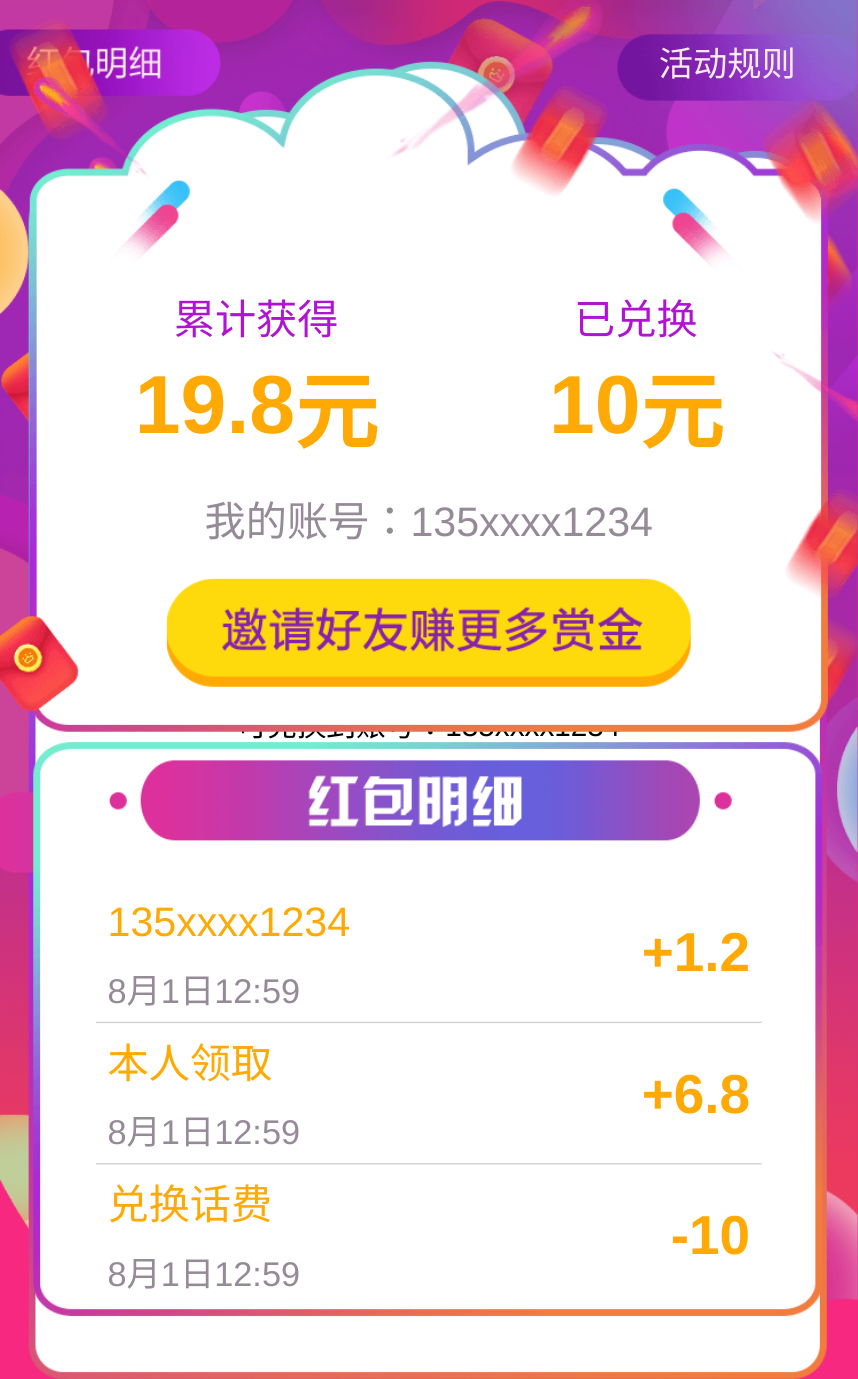
Repository: wangbiaozy/hb
Page: index_mx.html
These files come from the project's save history. The page is drawn as it stood at one moment and after the next save; the edit follows.
The browser window is 1280 px wide. The pictures show the whole page, at 67% of full size.

Above is the page before, as saved 2018-08-16 09:44:25.

### index_mx.html
<!DOCTYPE html>
<html lang="en">
<head>
    <meta charset="UTF-8">
    <meta name="viewport" content="width=device-width, initial-scale=1.0, maximum-scale=1.0, minimum-scale=1.0, user-scalable=no, viewport-fit=cover">
    <meta http-equiv="X-UA-Compatible" content="ie=edge">
    <title>Document</title>
    <link rel="stylesheet" href="css/reset.min.css">
    <link rel="stylesheet/less" href="css/styles.less">
    <script src="js/less-1.7.0.min.js"></script>
</head>
<body>
    <section class="main">
        <a id="rule_btn" href="javascript:void(0)">活动规则</a>
        <!-- 红包余额页 -->
        <div class="balance">
            <a href="javascript:void(0)"></a>
            <h2><span>6.8</span>元</h2>
            <p>满10元可兑</p>
            <p>可兑换到账号：<span>135xxxx1234</span></p>
            <div>
                <a href="javascript:void(0)">兑换</a>
                <span>1</span>
            </div>
            <div>
                <p>我的邀请码：<span>A10287</span></p>
                <a href="javascript:void(0)">复制邀请码</a>
            </div>
            <a href="javascript:void(0)"></a>
        </div>
        <!-- 红包明细页 -->
        <div class="detail">
            <div>
                <ul>
                    <li>累计获得</li>
                    <li><span>19.8</span>元</li>
                </ul>
                <ul>
                    <li>已兑换</li>
                    <li><span>10</span>元</li>
                </ul>
            </div>
            <p>我的账号：<span>135xxxx1234</span></p>
            <a href="javascript:void(0)"></a>
            <ul>
                <li>
                    <p>135xxxx1234</p>
                    <p><span>8月1日</span><span>12:59</span></p>
                    <h3>+1.2</h3>
                </li>
                <li>
                    <p>本人领取</p>
                    <p><span>8月1日</span><span>12:59</span></p>
                    <h3>+6.8</h3>
                </li>
                <li>
                    <p>兑换话费</p>
                    <p><span>8月1日</span><span>12:59</span></p>
                    <h3>-10</h3>
                </li>
            </ul>
        </div>


    </section>

    <!-- 活动规则弹窗 -->
    <section class="rule">
        <a href="javascript:void(0)"></a>
        <ul>
            <li>1.活动期间，用户通过10086App开屏页，首页轮播图进入活动，领取10元的话费红包。自己可拆开随机金，剩余金额需分享并邀请好友帮忙拆开，每位可帮忙拆开随机金额，全部拆完即可兑换话费。</li>
            <li>2.邀请拆  红包的好友需为新注册10086App的用户，好友在活动页面输入邀请人的邀请码才能成功帮好友拆开红包，好友帮助拆开红包后同时可获得一个话费红包。</li>
            <li>3.用户需在当前红包全部拆完后，才可开启下一个红包。</li>
            <li>4.活动期间一经发现违规等恶意操作等作弊行为将取消获奖资格。</li>
            <li>5.活动期间，用户需持续下载并的登陆110086App，否则话费奖品无法发放。</li>
        </ul>
        <a href="javascript:void(0)"></a>
    </section>
    <!-- 遮罩层 -->
    <section class="mask" id="mask"></section>
</body>
</html>
<script src="js/jquery-1.10.1.min.js"></script>
<script src="js/index.js"></script>

### css/reset.min.css
@charset "utf-8";
/*默认样式清除和初始化*/
body,h1,h2,h3,h4,h5,h6,hr,p,blockquote,dl,dt,dd,ul,ol,li,button,input,textarea,th,td{margin:0;padding:0}body{font-size:12px;font-style:normal;font-family:"\5FAE\8F6F\96C5\9ED1",Helvetica,sans-serif}small{font-size:12px}h1{font-size:18px}h2{font-size:16px}h3{font-size:14px}h4,h5,h6{font-size:100%}ul,ol{list-style:none}a{text-decoration:none;background-color:transparent}a:hover,a:active{outline-width:0;text-decoration:none}table{border-collapse:collapse;border-spacing:0}hr{border:0;height:1px}img{border-style:none}img:not([src]){display:none}svg:not(:root){overflow:hidden}html{-webkit-touch-callout:none;-webkit-text-size-adjust:100%}input,textarea,button,a{-webkit-tap-highlight-color:rgba(0,0,0,0)}article,aside,details,figcaption,figure,footer,header,main,menu,nav,section,summary{display:block}audio,canvas,progress,video{display:inline-block}audio:not([controls]),video:not([controls]){display:none;height:0}progress{vertical-align:baseline}mark{background-color:#ff0;color:#000}sub,sup{position:relative;font-size:75%;line-height:0;vertical-align:baseline}sub{bottom:-0.25em}sup{top:-0.5em}button,input,select,textarea{font-size:100%;outline:0}button,input{overflow:visible}button,select{text-transform:none}textarea{overflow:auto}button,html [type="button"],[type="reset"],[type="submit"]{-webkit-appearance:button}button::-moz-focus-inner,[type="button"]::-moz-focus-inner,[type="reset"]::-moz-focus-inner,[type="submit"]::-moz-focus-inner{border-style:none;padding:0}button:-moz-focusring,[type="button"]:-moz-focusring,[type="reset"]:-moz-focusring,[type="submit"]:-moz-focusring{outline:1px dotted ButtonText}[type="checkbox"],[type="radio"]{box-sizing:border-box;padding:0}[type="number"]::-webkit-inner-spin-button,[type="number"]::-webkit-outer-spin-button{height:auto}[type="search"]{-webkit-appearance:textfield;outline-offset:-2px}[type="search"]::-webkit-search-cancel-button,[type="search"]::-webkit-search-decoration{-webkit-appearance:none}::-webkit-input-placeholder{color:inherit;opacity:.54}::-webkit-file-upload-button{-webkit-appearance:button;font:inherit}.clear:after{display:block;height:0;content:"";clear:both}
*{ -webkit-tap-highlight-color: rgba(0,0,0,0);-webkit-tap-highlight-color: transparent; /* For some Androids */ }

### js/index.js
(function (doc, win) {
    var docEl = doc.documentElement,
        resizeEvt = 'orientationchange' in window ? 'orientationchange' : 'resize',
        recalc = function () {
            var clientWidth = docEl.clientWidth;
            if (!clientWidth) return;
            docEl.style.fontSize = 100 * (clientWidth / 750) + 'px';
        };
    if (!doc.addEventListener) return;
    win.addEventListener(resizeEvt, recalc, false);
    doc.addEventListener('DOMContentLoaded', recalc, false);
})(document, window);
$(function () {

    //显示非中奖页背景
    function showFirstPageBg(){
        $('.main').removeClass('result');
    }
    //显示中奖页背景
    function showResultPageBg(){
        $('.main').addClass('result');
    }
    //显示活动规则弹窗
    $('#rule_btn').on('click',function(){
        $('.rule').show();
        showMask();
    });
    //关闭活动规则弹窗
    function hideRuleModel(){
        $('.rule').hide();
        hideMask();
    }
    $('.rule').on('click','a',function(){
        hideRuleModel();
    })

    //首页抽红包按钮
    $('#cj').on('click',function(){
        //奖品金额随机数
        var num = (Math.random()*9+1).toFixed(2);
        $('#moneyText').text(num);
        $('.result').show();
        $('.f_page').hide();
        showResultPageBg();
    });

    //显示红包余额页
    function showBalancePage(){
        $('.balance').show();
        $('.balance').siblings('div').hide();
    }
    //showBalancePage();
    //隐藏红包余额页
    function hideBalancePage(){
        $('.balance').hide();
    }
    //hideBalancePage();



    //显示弹窗
    function showModel(){
        $('.model').show();
        showMask();
    }

    //关闭弹窗
    $('.close').on('click',function(){
        $(this).parent().parent().hide();
        hideMask();
    });
    //显示遮罩层
    function showMask(){
        $("#mask").css("height",$(document).height());
        $("#mask").css("width",$(document).width());
        $("#mask").show();
        $('body').css('position','fixed');
    }
    //隐藏遮罩层
    function hideMask(){
        $("#mask").hide();
        $('body').css('position','unset');
    }
});

Loaded but not shown: js/less-1.7.0.min.js (library); js/jquery-1.10.1.min.js (library)

After the next save:
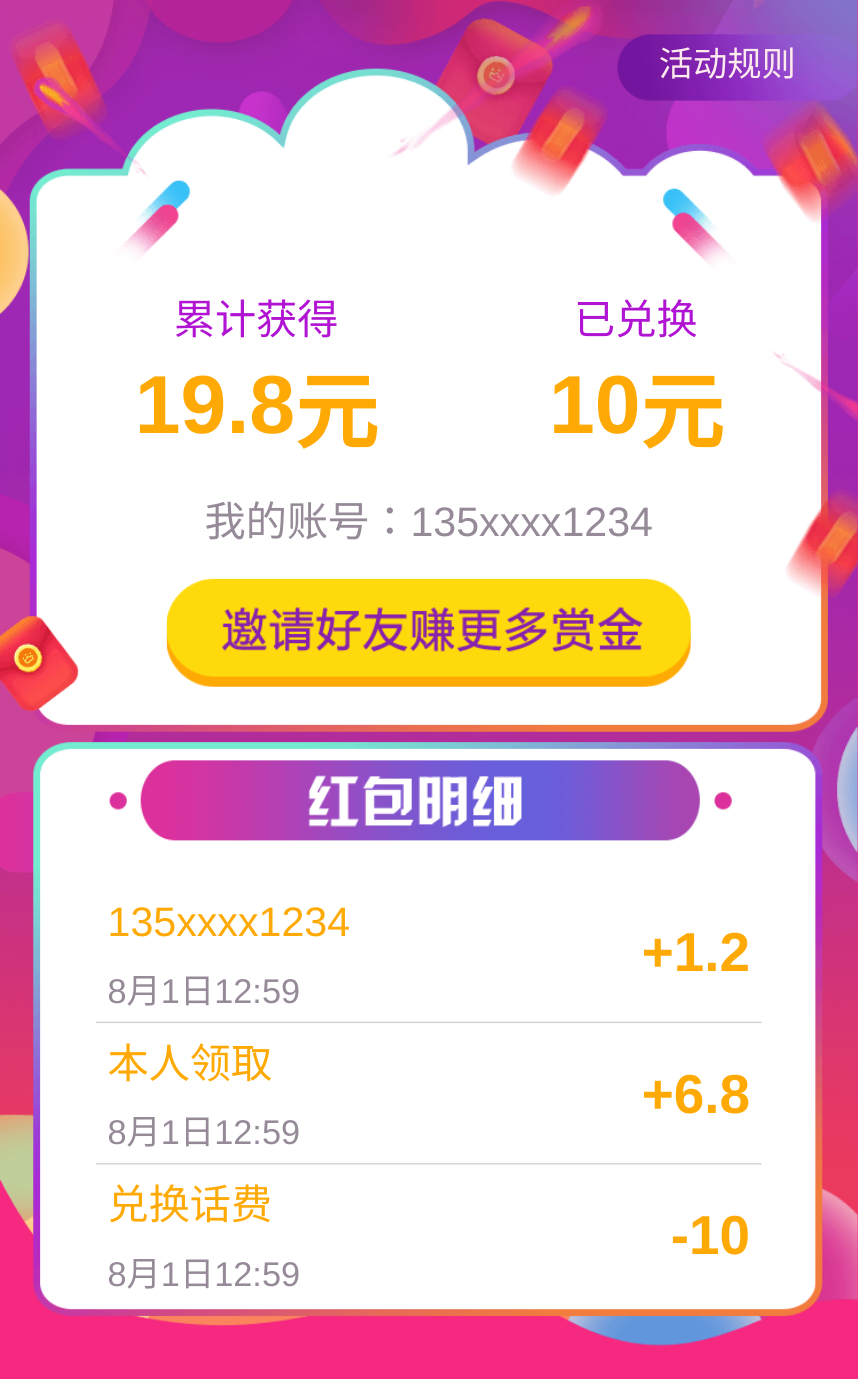
Saved 48 s later.
--- a/index_mx.html
+++ b/index_mx.html
@@ -12,22 +12,6 @@
 <body>
     <section class="main">
         <a id="rule_btn" href="javascript:void(0)">活动规则</a>
-        <!-- 红包余额页 -->
-        <div class="balance">
-            <a href="javascript:void(0)"></a>
-            <h2><span>6.8</span>元</h2>
-            <p>满10元可兑</p>
-            <p>可兑换到账号：<span>135xxxx1234</span></p>
-            <div>
-                <a href="javascript:void(0)">兑换</a>
-                <span>1</span>
-            </div>
-            <div>
-                <p>我的邀请码：<span>A10287</span></p>
-                <a href="javascript:void(0)">复制邀请码</a>
-            </div>
-            <a href="javascript:void(0)"></a>
-        </div>
         <!-- 红包明细页 -->
         <div class="detail">
             <div>
